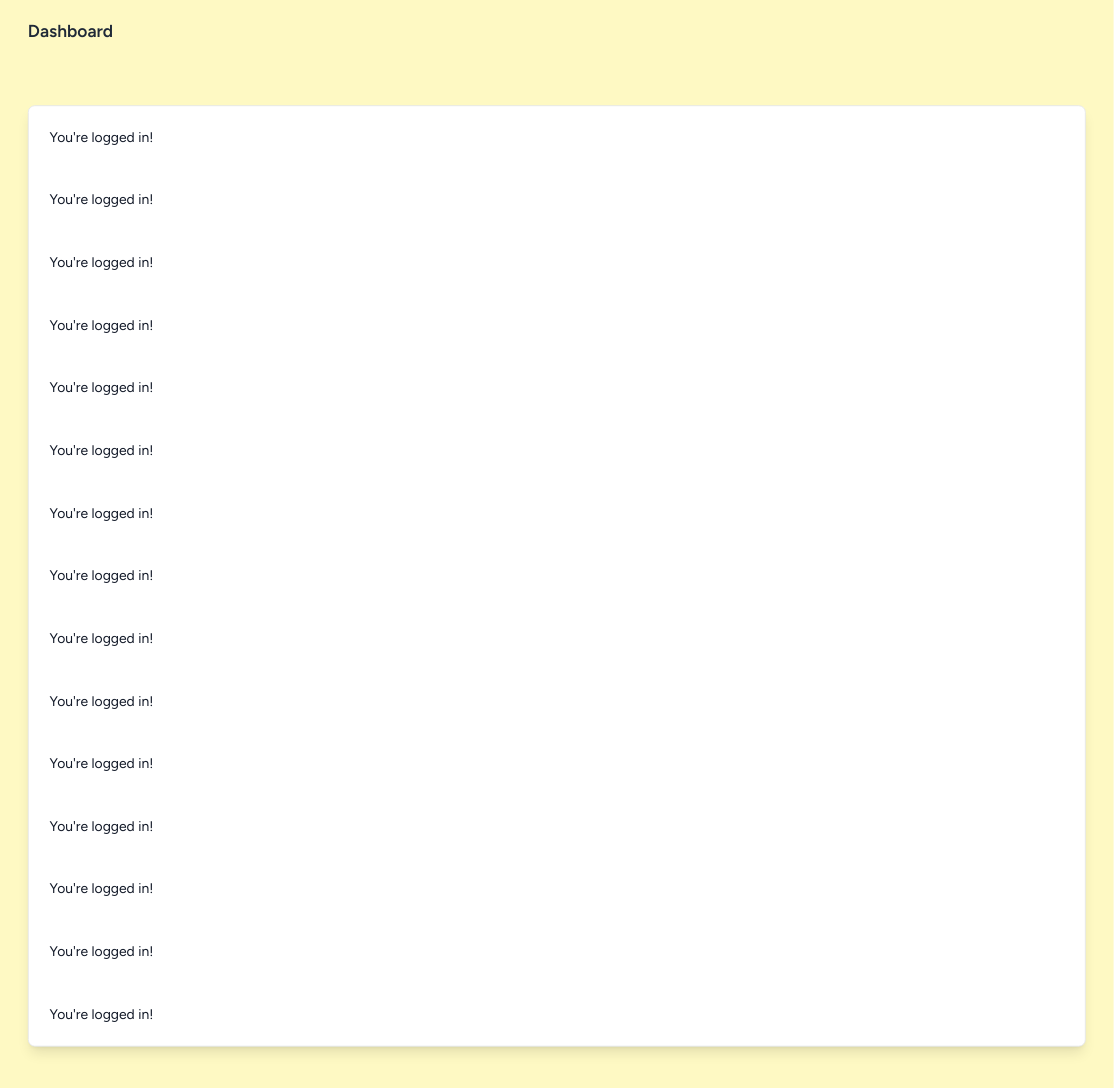
Repository: RudyAnconi/grocery
Page: resources/views/dashboard.blade.php
An editor plug-in stored every save of this project. The page is shown before and after the next save, followed by the edit.
The browser window is 1280 px wide. The pictures show the whole page, at 87% of full size.
The page is served by the project's Laravel application, run on PHP 8.4 with Laravel 12. Style sheets and scripts are compiled from the project's sources, by tool versions that may differ from the author's. The template is opened directly, without the code that normally fills it, so the values that code supplies are empty.

Above is the page before, as saved 2024-06-07 20:36:17.

After the next save:
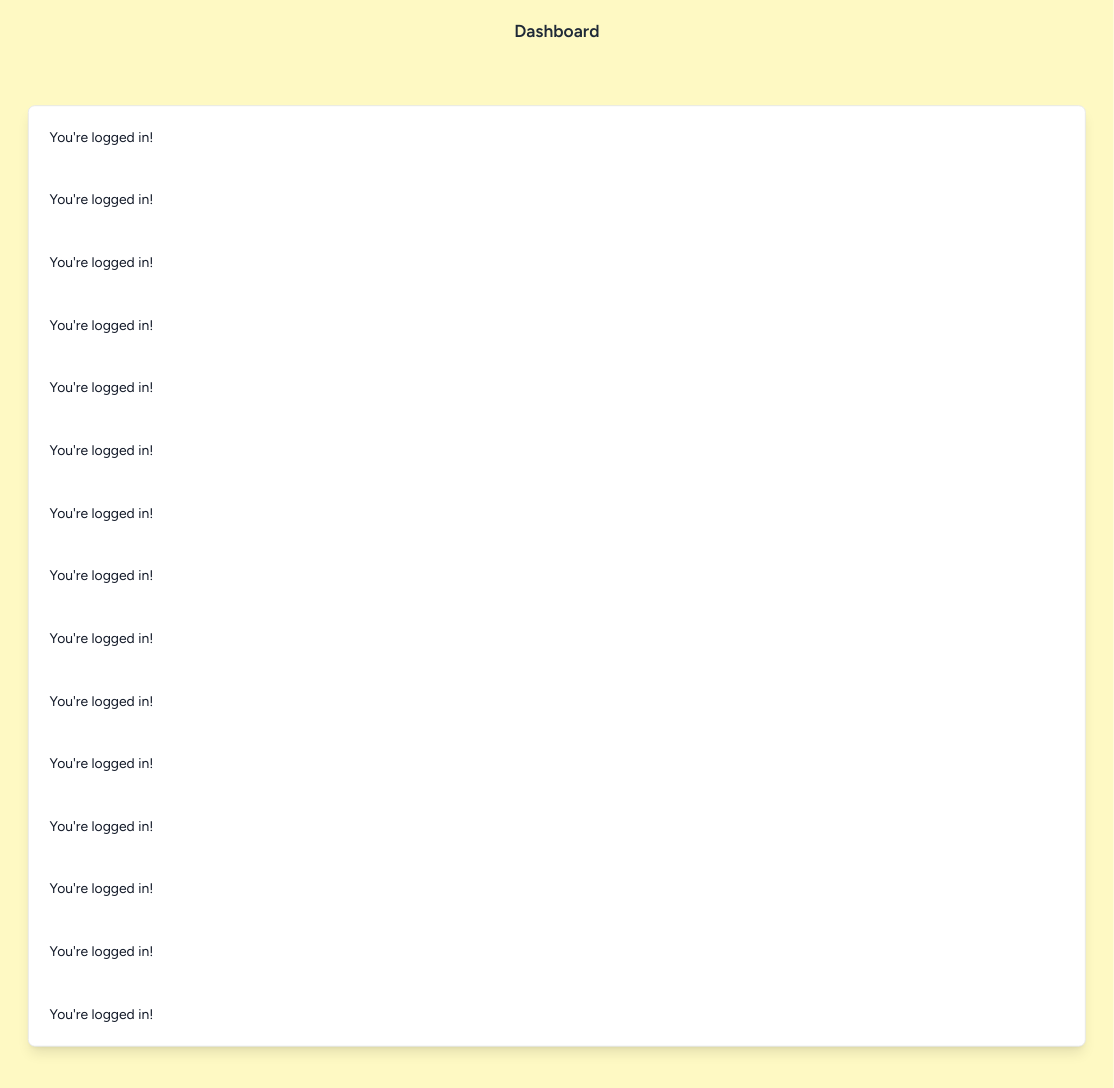
Saved 24 s later.
--- a/resources/views/dashboard.blade.php
+++ b/resources/views/dashboard.blade.php
@@ -1,6 +1,6 @@
 <x-app-layout>
     <x-slot name="header">
-        <h2 class="font-semibold text-xl text-gray-800 leading-tight">
+        <h2 class="font-semibold text-xl text-gray-800 leading-tight text-center">
             {{ __('Dashboard') }}
         </h2>
     </x-slot>
